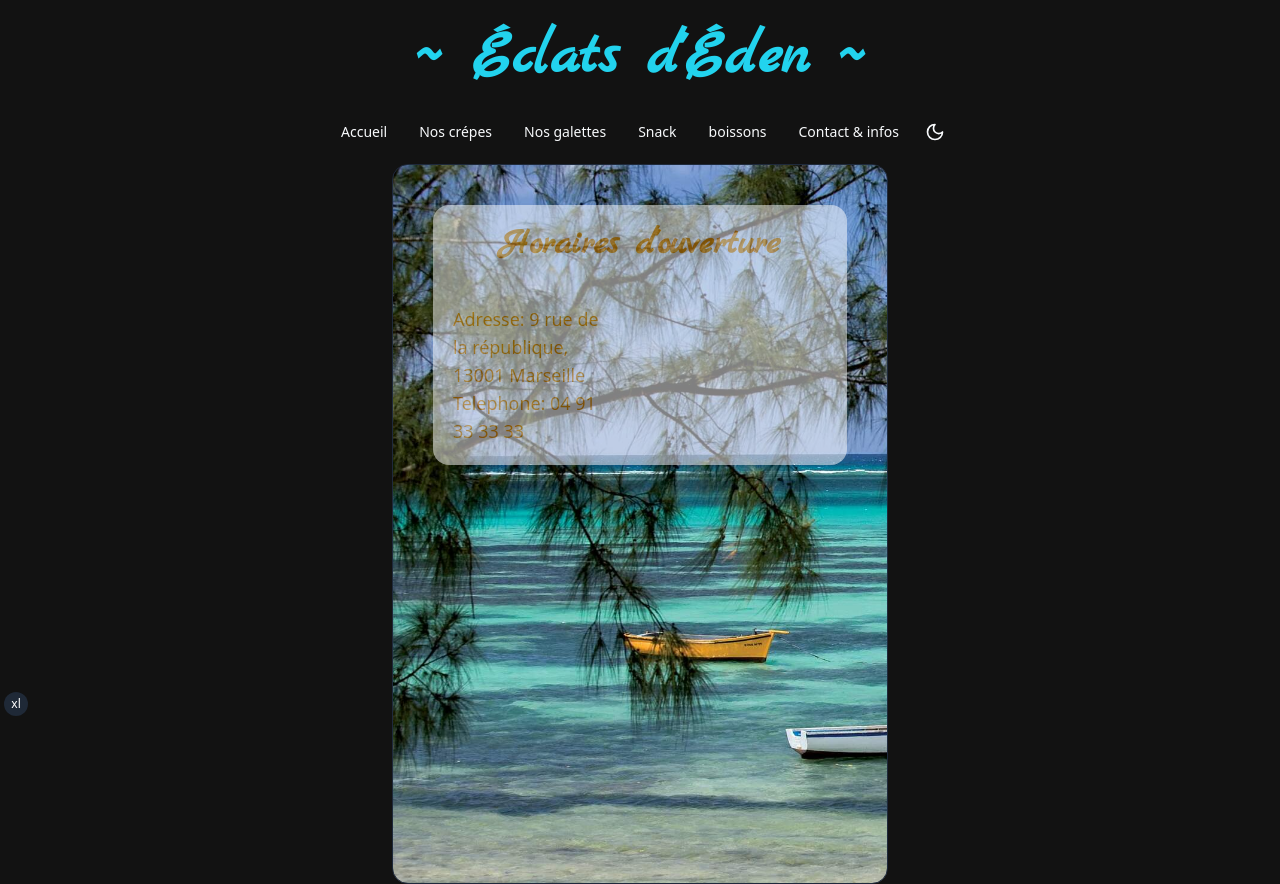
Repository: jeffMauritius/eclats-deden
Page: /schedule
The author's editor kept a copy of each file at every save. The page is drawn from the files as they stood at one save, then again after the next save.
The browser window is 1280 px wide. The pictures show the whole page.
The project was rebuilt for these pictures with package versions that can differ from the ones it lists, and the page was loaded fresh each time. The framework's server and built-in components were replaced by stand-ins that run in the browser. Also part of the build but not shown: next.config.mjs.

Above is the page before, as saved 2024-08-13 07:24:29.

### app/layout.tsx
// app/layout.
import { Header } from "@/components/layout/Header"
import { TailwindIndicator } from "@/components/TailwindIndicator"
import { SiteConfig } from "@/lib/config"
import { cn } from "@/lib/utils"
import type { Metadata } from "next"
import { Inter, Marck_Script } from "next/font/google"
import { PropsWithChildren } from "react"
import { Providers } from "./Providers"
import "./globals.css"
import { Title } from "@/components/layout/Title"

const fontSans = Inter({ subsets: ["latin"], variable: "--font-sans" })
const fontDisplay = Marck_Script({
  subsets: ["latin"],
  variable: "--font-display",
  weight: "400",
})

export const metadata: Metadata = {
  title: SiteConfig.title,
  description: SiteConfig.description,
}

export default function RootLayout({ children }: PropsWithChildren) {
  return (
    <html lang="en" className="h-full" suppressHydrationWarning>
      <head />
      <body
        className={cn(
          `flex flex-col h-screen bg-background font-sans antialiased p-5`,
          fontSans.variable,
          fontDisplay.variable,
        )}
      >
        <Providers>
          <div className="relative flex flex-col">
            <Title title="Éclats d'Éden" />
            <div>
              <Header />
            </div>
            {children}
          </div>
          <TailwindIndicator />
        </Providers>
      </body>
    </html>
  )
}

### app/schedule/page.tsx
const SchedulePage = () => {
  return (
    <div>
      <div className="flex justify-center">
        <div className="absolute m-auto h-screen w-2/5 rounded-2xl border bg-[url('/maurice.jpeg')] bg-cover ">
          <div className="relative imageUrl={`bg-[url('/riz.jpeg')] bg-cover`}">
            <div className="m-10 h-full rounded-2xl  bg-white opacity-50 ">
              <h1 className="p-5 text-center font-display text-4xl font-bold text-amber-500">
                Horaires d'ouverture
              </h1>
              <div className="grid gap-6  md:grid-cols-2">
                <div className="rounded  p-5">
                  <div className="font-body text-lg text-amber-500 ">
                    <p>Adresse: 9 rue de la république, 13001 Marseille</p>
                    <p>Telephone: 04 91 33 33 33</p>
                  </div>
                </div>
              </div>
            </div>
          </div>
        </div>
      </div>
    </div>
  )
}

export default SchedulePage

### src/components/layout/Header.tsx
"use client"

import { ThemeToggle } from "../ThemeToggle"
import NavigationMenuComponent from "./NavigationMenu"

export function Header() {
  return (
    <header className=" z-30 w-full">
      <div className=" container flex  flex-col  items-center space-x-4 pt-3 sm:justify-between sm:space-x-0">
        <div className="flex flex-auto justify-center py-3">
          <NavigationMenuComponent />
          <ThemeToggle />
        </div>
      </div>
    </header>
  )
}

### src/lib/config.ts
export const SiteConfig = {
  title: "Camille snack",
  description: "La Cuvette Beach, Grand Baie, Île Maurice",
} as const

### app/Providers.tsx
"use client"

import { SessionProvider } from "next-auth/react"
import { ThemeProvider } from "next-themes"
import { PropsWithChildren } from "react"
import { Toaster } from "react-hot-toast"

export const Providers = ({ children }: PropsWithChildren) => {
  return (
    <>
      <ThemeProvider attribute="class" defaultTheme="dark" enableSystem>
        <Toaster />
        <SessionProvider>{children}</SessionProvider>
      </ThemeProvider>
    </>
  )
}

### app/globals.css
@tailwind base;
  @tailwind components;
  @tailwind utilities;

  @layer base {
    :root {
      --background: 0 0% 100%;
      --foreground: 222.2 84% 4.9%;

      --card: 0 0% 100%;
      --card-foreground: 222.2 84% 4.9%;

      --popover: 0 0% 100%;
      --popover-foreground: 222.2 84% 4.9%;

      --primary: 222.2 47.4% 11.2%;
      --primary-foreground: 210 40% 98%;

      --secondary: 210 40% 96.1%;
      --secondary-foreground: 222.2 47.4% 11.2%;

      --muted: 210 40% 96.1%;
      --muted-foreground: 215.4 16.3% 46.9%;

      --accent: 210 40% 96.1%;
      --accent-foreground: 222.2 47.4% 11.2%;

      --destructive: 0 84.2% 60.2%;
      --destructive-foreground: 210 40% 98%;

      --border: 214.3 31.8% 91.4%;
      --input: 214.3 31.8% 91.4%;
      --ring: 222.2 84% 4.9%;

      --radius: 0.5rem;
    }

    .dark {
      --background: rgb(10, 11, 10);
      --foreground: 210 40% 98%;

      --card: rgb(10, 11, 10);
      --card-foreground: 210 40% 98%;

      --popover: 222.2 84% 4.9%;
      --popover-foreground: 210 40% 98%;

      --primary: 210 40% 98%;
      --primary-foreground: 222.2 47.4% 11.2%;

      --secondary: 217.2 32.6% 17.5%;
      --secondary-foreground: 210 40% 98%;

      --muted: 217.2 32.6% 17.5%;
      --muted-foreground: 215 20.2% 65.1%;

      --accent: 217.2 32.6% 17.5%;
      --accent-foreground: 210 40% 98%;

      --destructive: 0 62.8% 30.6%;
      --destructive-foreground: 210 40% 98%;

      --border: 217.2 32.6% 17.5%;
      --input: 217.2 32.6% 17.5%;
      --ring: 212.7 26.8% 83.9%;
    }
  }

  @layer base {
    * {
      @apply border-border;
    }
    @font-face {
      font-family: 'Marck Script';
      font-style: normal;
      font-weight: 400;
      font-display: swap;
      src: url(/fonts/MarckScript-Regular.ttf) format('ttf');
    }
    body {
      @apply bg-background text-foreground;
    }
  }

### src/components/layout/Title.tsx
interface TitleProps {
  title: string
}

export function Title({ title }: TitleProps) {
  return (
    <div className="flex flex-auto justify-center ">
      <h1
        className={`pt-2 font-display text-4xl font-bold text-cyan-400 md:text-6xl`}
      >
        {" "}
        {`~ ${title} ~`}
      </h1>
    </div>
  )
}

### src/components/ThemeToggle.tsx
"use client"

import { Button } from "@/components/ui/button"
import { Moon, Sun } from "lucide-react"
import { useTheme } from "next-themes"

export function ThemeToggle() {
  const { setTheme, theme } = useTheme()

  return (
    <Button
      variant="ghost"
      size="icon"
      onClick={() => setTheme(theme === "light" ? "dark" : "light")}
    >
      <Sun className="h-6 w-[1.3rem] dark:hidden" />
      <Moon className="hidden size-5 dark:block" />
      <span className="sr-only">Toggle theme</span>
    </Button>
  )
}

### src/components/layout/NavigationMenu.tsx
"use client"

import {
  NavigationMenu,
  NavigationMenuLink,
  navigationMenuTriggerStyle,
} from "@/components/ui/navigation-menu"
import { navigationData } from "./navigationData"
import { useClientMediaQuery } from "@/lib/isMobileDevice"

const NavigationMenuComponent = () => {
  const isMobile = useClientMediaQuery("(max-width: 600px)")
  return (
    <NavigationMenu>
      {!isMobile &&
        navigationData.map((item, index) => (
          <NavigationMenuLink
            className={navigationMenuTriggerStyle()}
            key={index}
            href={item.link}
          >
            {item.title}
          </NavigationMenuLink>
        ))}
    </NavigationMenu>
  )
}

export default NavigationMenuComponent

### src/components/ui/button.tsx
import * as React from "react"
import { Slot } from "@radix-ui/react-slot"
import { cva, type VariantProps } from "class-variance-authority"

import { cn } from "@/lib/utils"

const buttonVariants = cva(
  "inline-flex items-center justify-center whitespace-nowrap rounded-md text-sm font-medium ring-offset-background transition-colors focus-visible:outline-none focus-visible:ring-2 focus-visible:ring-ring focus-visible:ring-offset-2 disabled:pointer-events-none disabled:opacity-50",
  {
    variants: {
      variant: {
        default: "bg-primary text-primary-foreground hover:bg-primary/90",
        destructive:
          "bg-destructive text-destructive-foreground hover:bg-destructive/90",
        outline:
          "border border-input bg-background hover:bg-accent hover:text-accent-foreground",
        secondary:
          "bg-secondary text-secondary-foreground hover:bg-secondary/80",
        ghost: "hover:bg-accent hover:text-accent-foreground",
        link: "text-primary underline-offset-4 hover:underline",
      },
      size: {
        default: "h-10 px-4 py-2",
        sm: "h-9 rounded-md px-3",
        lg: "h-11 rounded-md px-8",
        icon: "size-10",
      },
    },
    defaultVariants: {
      variant: "default",
      size: "default",
    },
  },
)

export interface ButtonProps
  extends React.ButtonHTMLAttributes<HTMLButtonElement>,
    VariantProps<typeof buttonVariants> {
  asChild?: boolean
}

const Button = React.forwardRef<HTMLButtonElement, ButtonProps>(
  ({ className, variant, size, asChild = false, ...props }, ref) => {
    const Comp = asChild ? Slot : "button"
    return (
      <Comp
        className={cn(buttonVariants({ variant, size, className }))}
        ref={ref}
        {...props}
      />
    )
  },
)
Button.displayName = "Button"

export { Button, buttonVariants }

### src/components/ui/navigation-menu.tsx
import * as React from "react"
import * as NavigationMenuPrimitive from "@radix-ui/react-navigation-menu"
import { cva } from "class-variance-authority"
import { ChevronDown } from "lucide-react"

import { cn } from "@/lib/utils"

const NavigationMenu = React.forwardRef<
  React.ElementRef<typeof NavigationMenuPrimitive.Root>,
  React.ComponentPropsWithoutRef<typeof NavigationMenuPrimitive.Root>
>(({ className, children, ...props }, ref) => (
  <NavigationMenuPrimitive.Root
    ref={ref}
    className={cn(
      "relative z-10 flex max-w-max flex-1 items-center justify-center",
      className,
    )}
    {...props}
  >
    {children}
    <NavigationMenuViewport />
  </NavigationMenuPrimitive.Root>
))
NavigationMenu.displayName = NavigationMenuPrimitive.Root.displayName

const NavigationMenuList = React.forwardRef<
  React.ElementRef<typeof NavigationMenuPrimitive.List>,
  React.ComponentPropsWithoutRef<typeof NavigationMenuPrimitive.List>
>(({ className, ...props }, ref) => (
  <NavigationMenuPrimitive.List
    ref={ref}
    className={cn(
      "group flex flex-1 list-none items-center justify-center space-x-1",
      className,
    )}
    {...props}
  />
))
NavigationMenuList.displayName = NavigationMenuPrimitive.List.displayName

const NavigationMenuItem = NavigationMenuPrimitive.Item

const navigationMenuTriggerStyle = cva(
  "group inline-flex h-10 w-max items-center justify-center rounded-md bg-background px-4 py-2 text-sm font-medium transition-colors hover:bg-accent hover:text-accent-foreground focus:bg-accent focus:text-accent-foreground focus:outline-none disabled:pointer-events-none disabled:opacity-50 data-[active]:bg-accent/50 data-[state=open]:bg-accent/50",
)

const NavigationMenuTrigger = React.forwardRef<
  React.ElementRef<typeof NavigationMenuPrimitive.Trigger>,
  React.ComponentPropsWithoutRef<typeof NavigationMenuPrimitive.Trigger>
>(({ className, children, ...props }, ref) => (
  <NavigationMenuPrimitive.Trigger
    ref={ref}
    className={cn(navigationMenuTriggerStyle(), "group", className)}
    {...props}
  >
    {children}{" "}
    <ChevronDown
      className="relative top-px ml-1 size-3 transition duration-200 group-data-[state=open]:rotate-180"
      aria-hidden="true"
    />
  </NavigationMenuPrimitive.Trigger>
))
NavigationMenuTrigger.displayName = NavigationMenuPrimitive.Trigger.displayName

const NavigationMenuContent = React.forwardRef<
  React.ElementRef<typeof NavigationMenuPrimitive.Content>,
  React.ComponentPropsWithoutRef<typeof NavigationMenuPrimitive.Content>
>(({ className, ...props }, ref) => (
  <NavigationMenuPrimitive.Content
    ref={ref}
    className={cn(
      "left-0 top-0 w-full data-[motion^=from-]:animate-in data-[motion^=to-]:animate-out data-[motion^=from-]:fade-in data-[motion^=to-]:fade-out data-[motion=from-end]:slide-in-from-right-52 data-[motion=from-start]:slide-in-from-left-52 data-[motion=to-end]:slide-out-to-right-52 data-[motion=to-start]:slide-out-to-left-52 md:absolute md:w-auto ",
      className,
    )}
    {...props}
  />
))
NavigationMenuContent.displayName = NavigationMenuPrimitive.Content.displayName

const NavigationMenuLink = NavigationMenuPrimitive.Link

const NavigationMenuViewport = React.forwardRef<
  React.ElementRef<typeof NavigationMenuPrimitive.Viewport>,
  React.ComponentPropsWithoutRef<typeof NavigationMenuPrimitive.Viewport>
>(({ className, ...props }, ref) => (
  <div className={cn("absolute left-0 top-full flex justify-center")}>
    <NavigationMenuPrimitive.Viewport
      className={cn(
        "origin-top-center relative mt-1.5 h-[var(--radix-navigation-menu-viewport-height)] w-full overflow-hidden rounded-md border bg-popover text-popover-foreground shadow-lg data-[state=open]:animate-in data-[state=closed]:animate-out data-[state=closed]:zoom-out-95 data-[state=open]:zoom-in-90 md:w-[var(--radix-navigation-menu-viewport-width)]",
        className,
      )}
      ref={ref}
      {...props}
    />
  </div>
))
NavigationMenuViewport.displayName =
  NavigationMenuPrimitive.Viewport.displayName

const NavigationMenuIndicator = React.forwardRef<
  React.ElementRef<typeof NavigationMenuPrimitive.Indicator>,
  React.ComponentPropsWithoutRef<typeof NavigationMenuPrimitive.Indicator>
>(({ className, ...props }, ref) => (
  <NavigationMenuPrimitive.Indicator
    ref={ref}
    className={cn(
      "top-full z-[1] flex h-1.5 items-end justify-center overflow-hidden data-[state=visible]:animate-in data-[state=hidden]:animate-out data-[state=hidden]:fade-out data-[state=visible]:fade-in",
      className,
    )}
    {...props}
  >
    <div className="relative top-[60%] size-2 rotate-45 rounded-tl-sm bg-border shadow-md" />
  </NavigationMenuPrimitive.Indicator>
))
NavigationMenuIndicator.displayName =
  NavigationMenuPrimitive.Indicator.displayName

export {
  navigationMenuTriggerStyle,
  NavigationMenu,
  NavigationMenuList,
  NavigationMenuItem,
  NavigationMenuContent,
  NavigationMenuTrigger,
  NavigationMenuLink,
  NavigationMenuIndicator,
  NavigationMenuViewport,
}

### src/components/layout/navigationData.ts
export const navigationData = [
    {
        title: "Accueil",
        link: "/",
    },
    {
        title: "Nos crépes",
        link: "/crepes",
    },
    {
        title: "Nos galettes",
        link: "/galettes",
    },
    {
        title: "Snack",
        link: "/snack",
    },
    {
        title: "boissons",
        link: "/boissons",
    },
    {
        title: "Contact & infos",
        link: "/location",
    },

]

export const navigationDataMobile = [
    {
        title: "Accueil",
        link: "/",
    },
    {
        title: "Horaires d'ouverture",
        link: "/schedule",
    },
    {
        title: "Contact & infos",
        link: "/location",
    },

]

### src/lib/isMobileDevice.ts
'use client'

import { useEffect, useState } from 'react'

export function useClientMediaQuery(query: string) {
  const [matches, setMatches] = useState(false)

  useEffect(() => {
    const mediaQueryList = window.matchMedia(query)

    const handleMatchChange = (e: MediaQueryListEvent) => {
      setMatches(e.matches)
    }

    mediaQueryList.addEventListener('change', handleMatchChange)
    setMatches(mediaQueryList.matches)

    return () => {
      mediaQueryList.removeEventListener('change', handleMatchChange)
    }
  }, [query])

  return matches
}

### tailwind.config.ts
import type { Config } from "tailwindcss"

const config = {
  darkMode: ["class"],
  content: [
    "./pages/**/*.{ts,tsx}",
    "./components/**/*.{ts,tsx}",
    "./app/**/*.{ts,tsx}",
    "./src/**/*.{ts,tsx}",
  ],
  prefix: "",
  theme: {
    container: {
      center: true,
      padding: "2rem",
      screens: {
        "2xl": "1400px",
      },
    },
    fontFamily: {
      'display': ['"Marck Script"', 'cursive'],
      'body': ['"Open Sans"', 'sans-serif'],
    },
    extend: {
      colors: {
        border: "hsl(var(--border))",
        input: "hsl(var(--input))",
        ring: "hsl(var(--ring))",
        background: "hsl(var(--background))",
        foreground: "hsl(var(--foreground))",
        primary: {
          DEFAULT: "hsl(var(--primary))",
          foreground: "hsl(var(--primary-foreground))",
        },
        secondary: {
          DEFAULT: "hsl(var(--secondary))",
          foreground: "hsl(var(--secondary-foreground))",
        },
        destructive: {
          DEFAULT: "hsl(var(--destructive))",
          foreground: "hsl(var(--destructive-foreground))",
        },
        muted: {
          DEFAULT: "hsl(var(--muted))",
          foreground: "hsl(var(--muted-foreground))",
        },
        accent: {
          DEFAULT: "hsl(var(--accent))",
          foreground: "hsl(var(--accent-foreground))",
        },
        popover: {
          DEFAULT: "hsl(var(--popover))",
          foreground: "hsl(var(--popover-foreground))",
        },
        card: {
          DEFAULT: "hsl(var(--card))",
          foreground: "hsl(var(--card-foreground))",
        },
      },
      borderRadius: {
        lg: "var(--radius)",
        md: "calc(var(--radius) - 2px)",
        sm: "calc(var(--radius) - 4px)",
      },
      keyframes: {
        "accordion-down": {
          from: { height: "0" },
          to: { height: "var(--radix-accordion-content-height)" },
        },
        "accordion-up": {
          from: { height: "var(--radix-accordion-content-height)" },
          to: { height: "0" },
        },
      },
      animation: {
        "accordion-down": "accordion-down 0.2s ease-out",
        "accordion-up": "accordion-up 0.2s ease-out",
      },
    },
  },
  plugins: [require("tailwindcss-animate")],
} satisfies Config

export default config

Loaded but not shown: src/components/TailwindIndicator.tsx (common file); src/lib/utils.ts (common file)

After the next save:
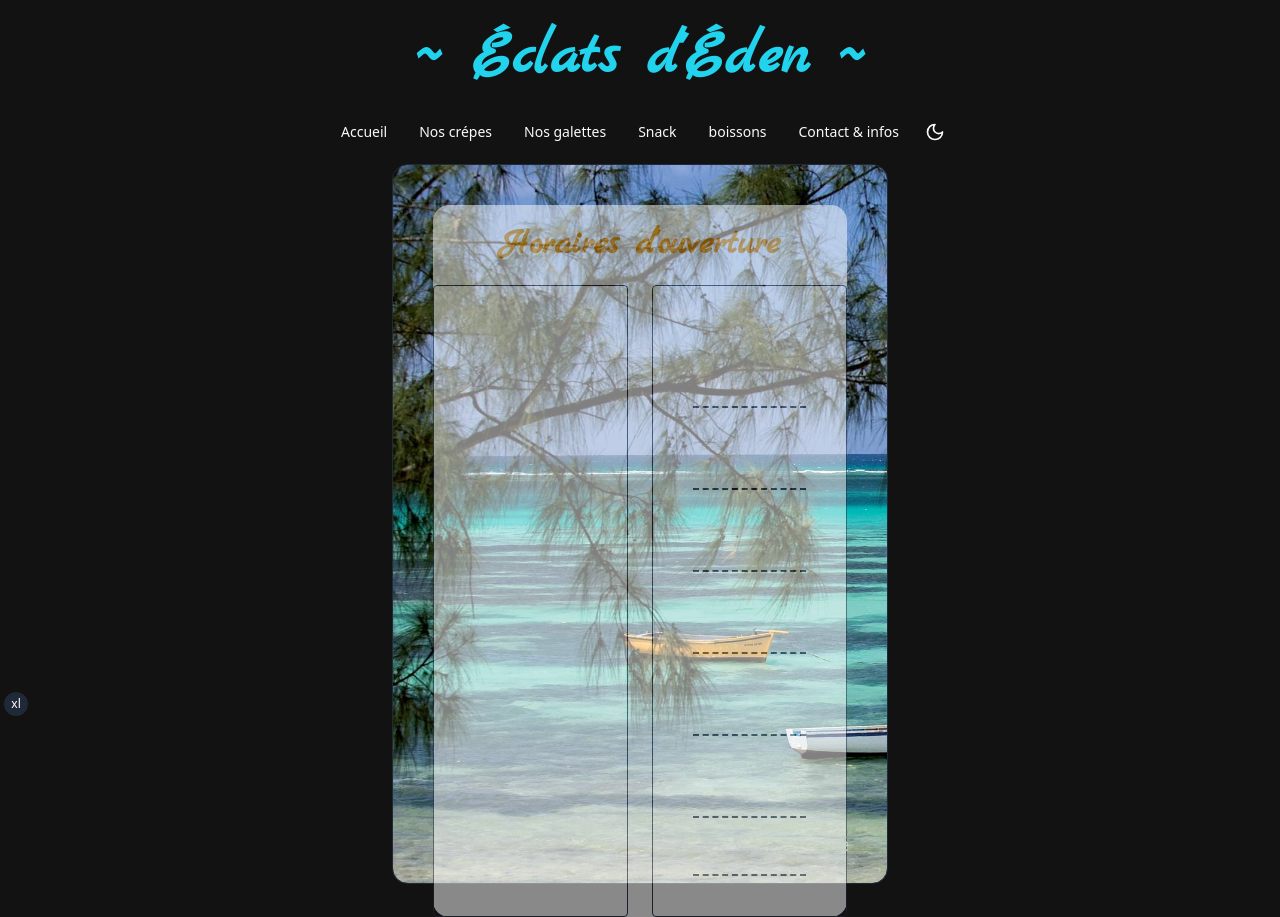
Saved 60 s later.
--- a/app/schedule/page.tsx
+++ b/app/schedule/page.tsx
@@ -9,10 +9,46 @@ const SchedulePage = () => {
                 Horaires d'ouverture
               </h1>
               <div className="grid gap-6  md:grid-cols-2">
-                <div className="rounded  p-5">
-                  <div className="font-body text-lg text-amber-500 ">
-                    <p>Adresse: 9 rue de la république, 13001 Marseille</p>
-                    <p>Telephone: 04 91 33 33 33</p>
+                <div className="rounded border p-5">
+                  <div className="text-center">
+                    <h1 className="font-display text-2xl font-bold">
+                      Localisation
+                    </h1>
+                    <p className="font-body text-lg">
+                      1 rue de la paix, 75001 Paris
+                    </p>
+                  </div>
+                </div>
+                <div>
+                  <div className="rounded border p-10">
+                    <div className="flex justify-between border-b-2 border-dashed p-3  font-display text-2xl ">
+                      <div>Lundi</div>
+                      <div className="font-body text-lg">9h-18h</div>
+                    </div>
+                    <div className="flex justify-between border-b-2 border-dashed p-3  font-display text-2xl ">
+                      <div>Mardi</div>
+                      <div className="font-body text-lg">9h-18h</div>
+                    </div>
+                    <div className="flex justify-between border-b-2 border-dashed p-3  font-display text-2xl ">
+                      <div>Mercredi</div>
+                      <div className="font-body text-lg">9h-18h</div>
+                    </div>
+                    <div className="flex justify-between border-b-2 border-dashed p-3  font-display text-2xl ">
+                      <div>Jeudi</div>
+                      <div className="font-body text-lg">9h-18h</div>
+                    </div>
+                    <div className="flex justify-between border-b-2 border-dashed p-3  font-display text-2xl ">
+                      <div>Vendredi</div>
+                      <div className="font-body text-lg">9h-18h</div>
+                    </div>
+                    <div className="flex justify-between border-b-2 border-dashed p-3  font-display text-2xl ">
+                      <div>Samedi</div>
+                      <div className="font-body text-lg">9h-18h</div>
+                    </div>
+                    <div className="flex justify-between border-b-2 border-dashed p-3  font-display text-2xl ">
+                      <div>Dimanche</div>
+                      <div className="font-body text-lg">Fermé</div>
+                    </div>
                   </div>
                 </div>
               </div>
